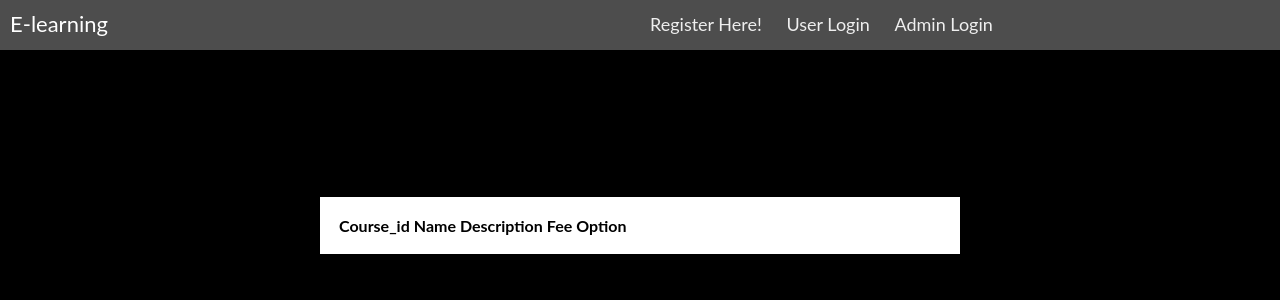
Repository: hemanthchallacs/learning_spring_boot
Page: http://localhost/courseList
The author's editor kept a copy of each file at every save. The page is drawn from the files as they stood at one save, then again after the next save.
The browser window is 1280 px wide. The pictures show the whole page.
The page is this project's Thymeleaf template; nobody is signed in. The template is opened directly, without the code that normally fills it, so the values that code supplies are empty.

Above is the page before, as saved 2021-07-12 19:10:08.

### ver1_elearning/src/main/resources/templates/courseList.html
<!DOCTYPE html>
<html  xmlns:th ="http://www.thymeleaf.org">
<head>
<meta charset="ISO-8859-1">
<title>Course List</title>
<style>

* {
  box-sizing: border-box;
}

body {
  margin: 0px;
  font-family: 'segoe ui';
}

.nav {
  height: 50px;
  width: 100%;
  background-color: #4d4d4d;
  position: relative;
  position: fixed;
    width: 100%;
    top: 0;
}

.nav > .nav-header {
  display: inline;
}

.nav > .nav-header > .nav-title {
  display: inline-block;
  font-size: 22px;
  color: #fff;
  padding: 10px 10px 10px 10px;
}

.nav > .nav-btn {
  display: none;
}

.nav > .nav-links {
  display: inline;
  float: right;
  font-size: 18px;
  right:0;
}

.nav > .nav-links > a {
  display: inline-block;
  padding: 13px 10px 13px 10px;
  text-decoration: none;
  color: #efefef;
}

.nav > .nav-links > a:hover {
  background-color: rgba(0, 0, 0, 0.3);
}

.nav > #nav-check {
  display: none;
}

@media (max-width:600px) {
  .nav > .nav-btn {
    display: inline-block;
    position: absolute;
    right: 0px;
    top: 0px;
  }
  .nav > .nav-btn > label {
    display: inline-block;
    width: 50px;
    height: 50px;
    padding: 13px;
  }
  .nav > .nav-btn > label:hover,.nav  #nav-check:checked ~ .nav-btn > label {
    background-color: rgba(0, 0, 0, 0.3);
  }
  .nav > .nav-btn > label > span {
    display: block;
    width: 25px;
    height: 10px;
    border-top: 2px solid #eee;
  }
  .nav > .nav-links {
    position: absolute;
    display: block;
    width: 100%;
    background-color: #333;
    height: 0px;
    transition: all 0.3s ease-in;
    overflow-y: hidden;
    top: 50px;
    left: 0px;
  }
  .nav > .nav-links > a {
    display: block;
    width: 100%;
  }
  .nav > #nav-check:not(:checked) ~ .nav-links {
    height: 0px;
  }
  .nav > #nav-check:checked ~ .nav-links {
    height: calc(100vh - 50px);
    overflow-y: auto;
  }
}


div{

height:50%;
width:50%;
margin:auto;

}


body {
  font-family: Arial, Helvetica, sans-serif;
  background-color: black;
}

* {
  box-sizing: border-box;
}

/* Add padding to containers */
.container {
  padding: 16px;
  background-color: white;
}

/* Full-width input fields */
input[type=text], input[type=password] {
  width: 100%;
  padding: 15px;
  margin: 5px 0 22px 0;
  display: inline-block;
  border: none;
  background: #f1f1f1;
}

input[type=file], input[type=password] {
  width: 100%;
  padding: 15px;
  margin: 5px 0 22px 0;
  display: inline-block;
  border: none;
  background: #f1f1f1;
}

input[type=text]:focus, input[type=password]:focus {
  background-color: #ddd;
  outline: none;
}

/* Overwrite default styles of hr */
hr {
  border: 1px solid #f1f1f1;
  margin-bottom: 25px;
}

/* Set a style for the submit button */
.registerbtn {
  background-color: #04AA6D;
  color: white;
  padding: 16px 20px;
  margin: 8px 0;
  border: none;
  cursor: pointer;
  width: 100%;
  opacity: 0.9;
}

.resetbtn {
  background-color: red;
  color: white;
  padding: 16px 20px;
  margin: 8px 0;
  border: none;
  cursor: pointer;
  width: 100%;
  opacity: 0.9;
}

.resetbtn:hover {
  opacity: 1;
}


.registerbtn:hover {
  opacity: 1;
}

/* Add a blue text color to links */
a {
  color: dodgerblue;
}

/* Set a grey background color and center the text of the "sign in" section */
.signin {
  background-color: #f1f1f1;
  text-align: center;
}


body {
  font-family: 'lato', sans-serif;
}
.tablecontainer {
  max-width: 1000px;
  margin-left: auto;
  margin-right: auto;
  padding-left: 10px;
  padding-right: 10px;
}

h2 {
  font-size: 26px;
  margin: 20px 0;
  text-align: center;
  small {
    font-size: 0.5em;
  }
}

.responsive-table {
  li {
    border-radius: 3px;
    padding: 25px 30px;
    display: flex;
    justify-content: space-between;
    margin-bottom: 25px;
  }
  .table-header {
    background-color: #95A5A6;
    font-size: 14px;
    text-transform: uppercase;
    letter-spacing: 0.03em;
  }
  .table-row {
    background-color: #ffffff;
    box-shadow: 0px 0px 9px 0px rgba(0,0,0,0.1);
  }
  .col-1 {
    flex-basis: 10%;
  }
  .col-2 {
    flex-basis: 40%;
  }
  .col-3 {
    flex-basis: 25%;
  }
  .col-4 {
    flex-basis: 25%;
  }

  @media all and (max-width: 767px) {
    .table-header {
      display: none;
    }
    .table-row{

    }
    li {
      display: block;
    }
    .col {

      flex-basis: 100%;

    }
    .col {
      display: flex;
      padding: 10px 0;
      &:before {
        color: #6C7A89;
        padding-right: 10px;
        content: attr(data-label);
        flex-basis: 50%;
        text-align: right;
      }
    }
  }
}

</style>
</head>
<body>
<div class="nav" >

  <div class="nav-header">
    <div class="nav-title">
      E-learning
    </div>
  </div>
  <div class="nav-btn">
    <label for="nav-check">
      <span></span>
      <span></span>
      <span></span>
    </label>
  </div>

  <div class="nav-links">
   <a th:href=@{/RegistrationForm}>Register Here!</a>
	<a th:href=@{/login}>User Login</a>
	<a th:href=@{/adminlogin}>Admin Login</a>

  </div>
</div>

<a th:href=@{/myProfile}>My Profile </a>
<a th:href=@{/myCourses}>My Courses </a>
<a th:href=@{/contact}>Contact </a>
<a th:href=@{/logout}>logout </a>
<br><br>
<h3>Course List</h3>
<div style="width:100%;height:100px;border:0px solid #000;color:green;"><h2 style="float:right" th:text="${message}"></h2></div>
<div class="container">
<table >

	<tr>
		<th>Course_id</th>
		<th>Name</th>
		<th>Description</th>
		<th>Fee</th>
		<th>Option</th>

	</tr>
	<tr th:each="course: ${courses}">
    	<td th:text="${course.course_id}" />
   		<td th:text="${course.c_name}" />
   		<td th:text="${course.c_desp}" />
   		<td th:text="${course.c_fees}" />
   		<td>
   		<a th:href="@{'/course/enroll/' + ${course.course_id}+'/enrollme'}">
        	<span>Enroll</span>
   			 </a>

   		</td>
    </tr>


</table>
</div>
</body>
</html>

After the next save:
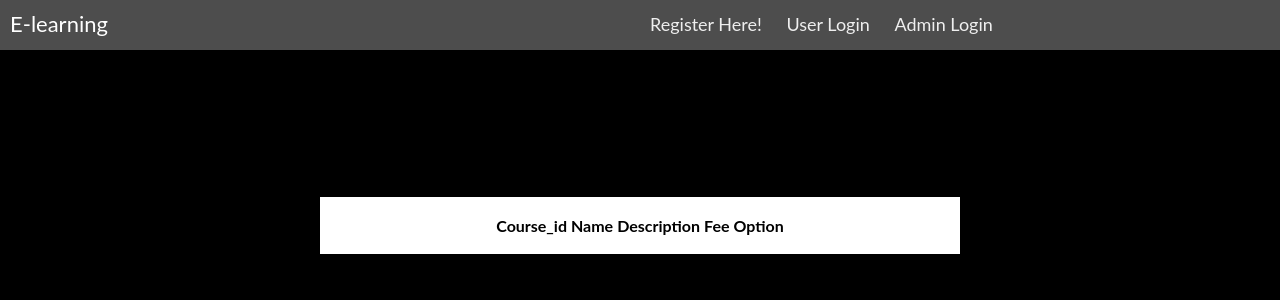
Saved 21 s later.
--- a/ver1_elearning/src/main/resources/templates/courseList.html
+++ b/ver1_elearning/src/main/resources/templates/courseList.html
@@ -320,7 +320,7 @@ h2 {
 <h3>Course List</h3>
 <div style="width:100%;height:100px;border:0px solid #000;color:green;"><h2 style="float:right" th:text="${message}"></h2></div>
 <div class="container">
-<table >
+<table class="tablecontainer" >
 
 	<tr>
 		<th>Course_id</th>
